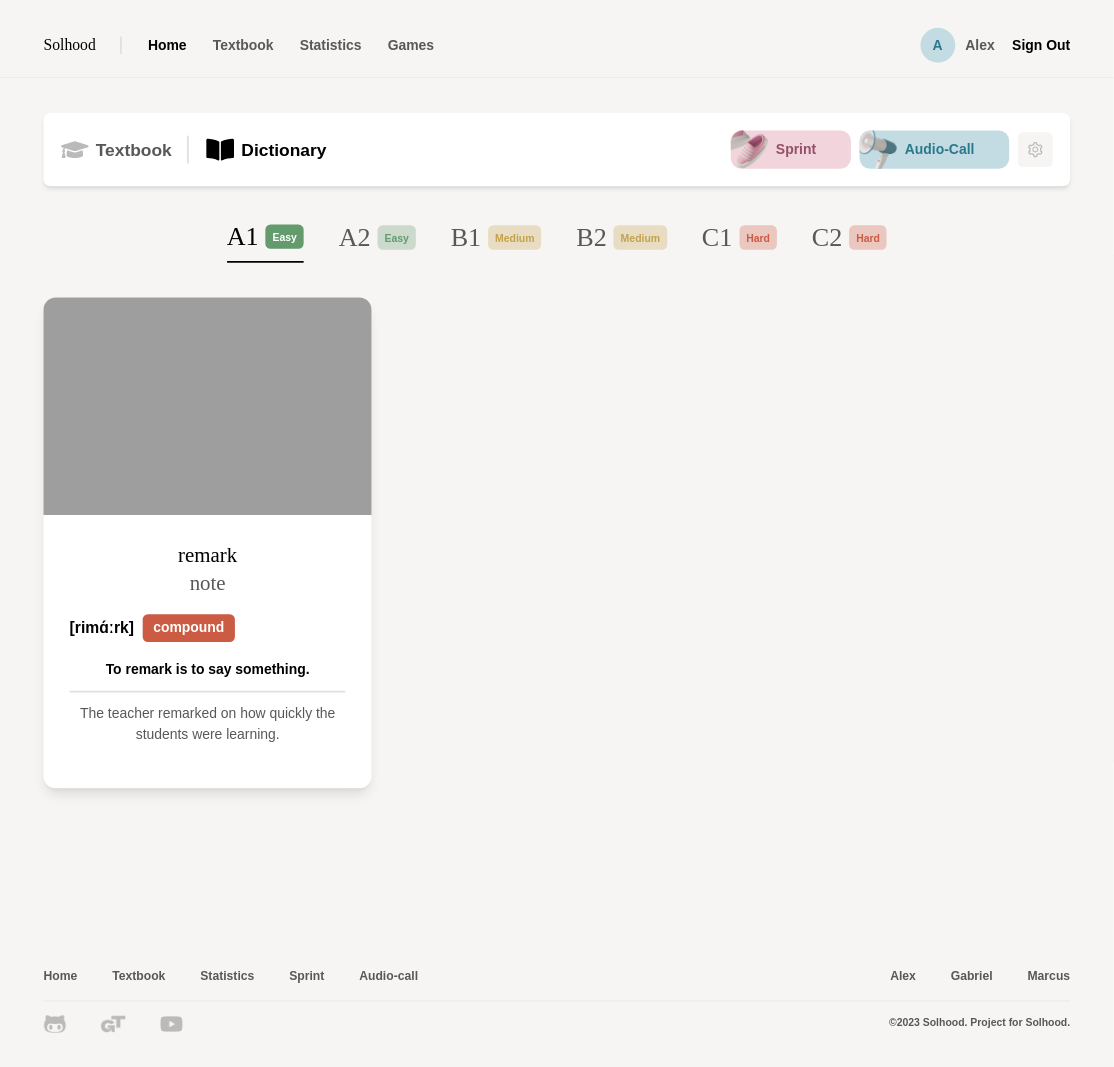
Repository: haudnn/solhood
Page: /textbook
An editor plug-in stored every save of this project. The page is shown before and after the next save, followed by the edit.
The browser window is 1280 px wide. The pictures show the whole page, at 87% of full size.
Pictures or frames that could not be fetched are drawn as grey boxes. The project was rebuilt for these pictures with package versions that can differ from the ones it lists, and the page was loaded fresh each time. Also part of the build but not shown: src/pages/Home.tsx, src/pages/sprint/Sprint.tsx, src/pages/sprint/Game.tsx, src/pages/sprint/Result.tsx, src/pages/audio/Audio.tsx, src/pages/audio/Game.tsx, src/pages/audio/Result.tsx.

Above is the page before, as saved 2023-01-06 18:28:42.

### public/index.html
<!DOCTYPE html>
<html lang="en">
  <head>
    <meta charset="utf-8" />
    <link rel="icon" href="%PUBLIC_URL%/solanaLogoMark.svg" />
    <meta name="viewport" content="width=device-width, initial-scale=1" />
    <meta name="theme-color" content="#000000" />
    <meta
      name="description"
      content="Web site created using create-react-app"
    />
    <link rel="apple-touch-icon" href="%PUBLIC_URL%/logo192.png" />
    <link rel="manifest" href="%PUBLIC_URL%/manifest.json" />
    <title>Solhood | E-Learning Platform</title>
  </head>
  <body>
    <noscript>You need to enable JavaScript to run this app.</noscript>
    <div id="root"></div>
  </body>
</html>

### src/App.tsx
import "./App.css";
import { BrowserRouter } from 'react-router-dom';
import RouterConfig from './config/RouterConfig';
import Footer from "./components/Layout/Footer";
import Header from "./components/Layout/Header";
function App() {
  return (
    <div className="App font-montserrat">
      <BrowserRouter>
        <Header />
        <RouterConfig/>
        <Footer/>
      </BrowserRouter>
    </div>
  );
}

export default App;

### src/config/RouterConfig.tsx
import React from 'react'
import { Routes, Route } from 'react-router-dom';
import {router} from '../constants';
const RouterConfig = () => {
  return (
    <Routes>
    {router.map(({ path, component }) => (
      <Route key={path} path={path} element={component} />
    ))}
  </Routes>
  )
}

export default RouterConfig

### src/components/Layout/Header.tsx
import React from "react";

const Header = () => {
  return (
      <header className="py-8 border-b border-solid border-[grey-dark] bg-greyligt max-h-[90px]">
        <div className="app-container">
          <div className="grid">
            <div className="row">
              <div className="col l-6">
                <div className="flex items-center gap-x-[60px] h-full">
                  <div className="line">
                    <a href="/" className="text-lg text-black font-dela">Solhood</a>
                  </div>
                  <div className="">
                    <ul className="flex items-center gap-x-[30px]">
                      <li>
                        <a
                          className="text-base font-semibold text-black"
                          href="/"
                        >
                          Home
                        </a>
                      </li>
                      <li>
                        <a
                          className="text-base font-semibold text-greydark"
                          href="/textbook"
                        >
                          Textbook
                        </a>
                      </li>
                      <li>
                        <a
                          className="text-base font-semibold text-greydark"
                          href="/"
                        >
                          Statistics
                        </a>
                      </li>
                      <li className="relative group">
                        <a
                          className="text-base font-semibold text-greydark"
                          href="/"
                        >
                          Games
                        </a>
                        <div className="z-10 group-hover:block hidden absolute bg-white rounded-xl shadow-lg w-[215px] p-5 top-10 bridge">
                          <ul>
                            <li className="mb-2 text-base font-semibold text-greydark">
                              <a href="/sprint">Sprint</a>
                            </li>
                            <li>
                              <a href="/audio" className="text-base font-semibold text-greydark">Audio call</a>
                            </li>
                          </ul>
                        </div>
                      </li>
                    </ul>
                  </div>
                </div>
              </div>
              <div className="col l-6">
                <div className="flex justify-end">
                  <div className="flex items-center mr-5 gap-x-3">
                    <div className="flex items-center justify-center w-10 h-10 rounded-[50%] bg-cyanlight">
                      <span className="text-base font-semibold text-cyandark">
                        A
                      </span>
                    </div>
                    <span className="text-base font-semibold text-greydark">
                      Alex
                    </span>
                  </div>
                  <div className="flex items-center">
                    <a href="/" className="text-base font-semibold text-black">
                      Sign Out
                    </a>
                  </div>
                </div>
              </div>
            </div>
          </div>
        </div>
      </header>
  );
};

export default Header;

### src/constants/index.ts
import router from "./router"

export {router}

### src/constants/router.tsx
import Home from "../pages/Home";
import Sprint from "../pages/sprint/Sprint";
import SprintGame from "../pages/sprint/Game";
import SprintResult from "../pages/sprint/Result";
import Audio from "../pages/audio/Audio";
import AudioGame from "../pages/audio/Game";
import AudioResult from "../pages/audio/Result";
import TextBook from "../pages/textbook/TextBook";
const router = [
 {
    path: '/',
    component: <Home />,
 },
 {
   path: '/textbook',
   component: <TextBook />,
},
// Audio
 {
  path: '/audio',
  component: <Audio />,
 },
 {
  path: '/audio/game',
  component: <AudioGame />,
 },
 {
  path: '/audio/result',
  component: <AudioResult />,
 },
// Sprint
 {
  path: '/sprint',
  component: <Sprint />,
  },
 {
  path: '/sprint/game',
  component: <SprintGame />,
 },
 {
  path: '/sprint/result',
  component: <SprintResult />,
 },


]
export default router;

### src/pages/textbook/TextBook.tsx
import React, { useState } from "react";
import { FaGraduationCap, FaBookOpen } from "react-icons/fa";
import { AiOutlineSetting } from "react-icons/ai";
import textbookSneaker from ".././../assets/imgs/textbookSneaker.png";
import textbookAudio from ".././../assets/imgs/textbookAudio.png";
import useOnClickOutside from "../../hooks/useClickOutSide";
import WordItem from "./WordItem";
const TextBook = () => {
  const [isSettings, setIsSettings] = useState<Boolean>(false);
  const ref = React.useRef<HTMLDivElement | null>(null);
  useOnClickOutside(ref, () => setIsSettings(false));
  const handleShowSettings = () => {
    setIsSettings((prev) => !prev);
  };
  const [checkedList, setCheckedList] = useState([
    {
      id: 0,
      checked: false,
    },
    {
      id: 1,
      checked: false,
    },
  ]);
  const handleChecked = (e: any) => {
    const { value, checked } = e.target;
    const newList = [...checkedList];
    newList[+value].checked = checked;
    setCheckedList(newList);
  };
  return (
    <div className="pt-10 textbook bg-greyligt pb-[100px]">
      <div className="flex flex-col items-center w-[1180px] m-auto">
        <div className="w-full p-5 bg-white rounded-lg shadow-md ">
          <div className="grid">
            <div className="row">
              <div className="col l-6">
                <div className="flex items-center w-full h-full">
                  <div className="flex items-center justify-center h-8 mr-5 cursor-pointer gap-x-2 line-long before:-right-5">
                    <FaGraduationCap className="w-8 h-full text-greyicon"></FaGraduationCap>
                    <span className="text-xl font-bold leading-8 text-greydark">
                      Textbook
                    </span>
                  </div>
                  <div className="flex items-center justify-center h-8 ml-5 text-black cursor-pointer gap-x-2">
                    <FaBookOpen className="w-8 h-full"></FaBookOpen>
                    <span className="text-xl font-bold leading-8">
                      Dictionary
                    </span>
                  </div>
                </div>
              </div>
              <div className="col l-6">
                <div
                  ref={ref}
                  className="flex items-center justify-end w-full h-full gap-x-[10px] relative "
                >
                  <div className="flex items-center justify-start pr-10 cursor-pointer rounded-xl gap-x-2 bg-pinklight">
                    <img
                      src={textbookSneaker}
                      alt=""
                      className="object-cover"
                    />
                    <span className="text-base font-bold text-pinkdark">
                      Sprint
                    </span>
                  </div>
                  <div className="flex items-center justify-start pr-10 cursor-pointer rounded-xl gap-x-2 bg-cyanlight">
                    <img src={textbookAudio} alt="" className="object-cover" />
                    <span className="text-base font-bold text-cyandark">
                      Audio-Call
                    </span>
                  </div>
                  <div
                    onClick={handleShowSettings}
                    className="flex items-center justify-center w-10 h-10 rounded-md cursor-pointer bg-greyligt"
                  >
                    <AiOutlineSetting className="w-5 h-5 text-greyicon"></AiOutlineSetting>
                  </div>
                  {isSettings && (
                    <div className="absolute p-5 bg-white rounded-[14px] shadow-lg top-14 bridge">
                      <div>
                        <div className="flex items-center gap-x-[10px] mb-1">
                          <input
                            checked={checkedList[0].checked}
                            onChange={handleChecked}
                            type="checkbox"
                            id="0"
                            name="0"
                            value="0"
                          />
                          <label
                            htmlFor="0"
                            className={`font-semibold ${
                              checkedList[0].checked
                                ? "text-black"
                                : "text-[#828282]"
                            }`}
                          >
                            Show words in a list
                          </label>
                        </div>
                        <div className="flex items-center gap-x-[10px] mb-1">
                          <input
                            checked={checkedList[1].checked}
                            onChange={handleChecked}
                            type="checkbox"
                            id="1"
                            name="1"
                            value="1"
                          />
                          <label
                            htmlFor="1"
                            className={`font-semibold ${
                              checkedList[1].checked
                                ? "text-black"
                                : "text-[#828282]"
                            }`}
                          >
                            Display the 'Add' and 'Remove' buttons
                          </label>
                        </div>
                      </div>
                    </div>
                  )}
                </div>
              </div>
            </div>
          </div>
        </div>
        <div className="flex items-center justify-center my-10 gap-x-10">
          <div className="cursor-pointer flex items-center justify-center pb-[10px] gap-x-2 border-b-2 border-solid border-black">
            <span className="text-3xl font-dela">A1</span>
            <div className="px-2 py-[2px] rounded-md bg-greendesign">
              <span className="text-xs font-semibold text-white">Easy</span>
            </div>
          </div>
          <div className="cursor-pointer flex items-center justify-center pb-[10px] gap-x-2">
            <span className="text-3xl font-dela text-greydark">A2</span>
            <div className="px-2 py-[2px] rounded-md bg-secondgreendesign">
              <span className="text-xs font-semibold text-greendesign">
                Easy
              </span>
            </div>
          </div>
          <div className="cursor-pointer flex items-center justify-center pb-[10px] gap-x-2">
            <span className="text-3xl font-dela text-greydark">B1</span>
            <div className="px-2 py-[2px] rounded-md bg-secondyellowdesign">
              <span className="text-xs font-semibold text-yellowdesign">
                Medium
              </span>
            </div>
          </div>
          <div className="cursor-pointer flex items-center justify-center pb-[10px] gap-x-2">
            <span className="text-3xl font-dela text-greydark">B2</span>
            <div className="px-2 py-[2px] rounded-md bg-secondyellowdesign">
              <span className="text-xs font-semibold text-yellowdesign">
                Medium
              </span>
            </div>
          </div>
          <div className="cursor-pointer flex items-center justify-center pb-[10px] gap-x-2">
            <span className="text-3xl font-dela text-greydark">C1</span>
            <div className="px-2 py-[2px] rounded-md bg-secondorangedesign">
              <span className="text-xs font-semibold text-orangedesign">
                Hard
              </span>
            </div>
          </div>
          <div className="cursor-pointer flex items-center justify-center pb-[10px] gap-x-2">
            <span className="text-3xl font-dela text-greydark">C2</span>
            <div className="px-2 py-[2px] rounded-md bg-secondorangedesign">
              <span className="text-xs font-semibold text-orangedesign">
                Hard
              </span>
            </div>
          </div>
        </div>
        <div className={`${checkedList[0].checked ? "w-[926px]" : "w-full"} `}>
          <div className="gird">
            <div className="row">
                <WordItem isList={checkedList[0].checked} isShowButtons={checkedList[1].checked}/>
            </div>
          </div>
        </div>
        <div className="flex items-center justify-center pt-10">
        </div>
      </div>
    </div>
  );
};

export default TextBook;

### src/hooks/useClickOutSide.ts
import {useEffect} from 'react'

const useOnClickOutside = (ref:any, handler:any) => {
    useEffect(() => {
        const listener = (event:any) => {
          if (!ref.current || ref.current.contains(event.target)) {
            return;
          }
          handler(event);
        };
        document.addEventListener("mousedown", listener);
        document.addEventListener("touchstart", listener);
        return () => {
          document.removeEventListener("mousedown", listener);
          document.removeEventListener("touchstart", listener);
        };
      },
      [ref, handler]
    );
  }
export default useOnClickOutside

Loaded but not shown: src/index.tsx (common file); src/App.css (common file); tailwind.config.js (33 lines, source omitted); src/index.css (729 lines, source omitted); src/pages/textbook/WordItem.tsx (114 lines, source omitted); src/components/Layout/Footer.tsx (126 lines, source omitted)

After the next save:
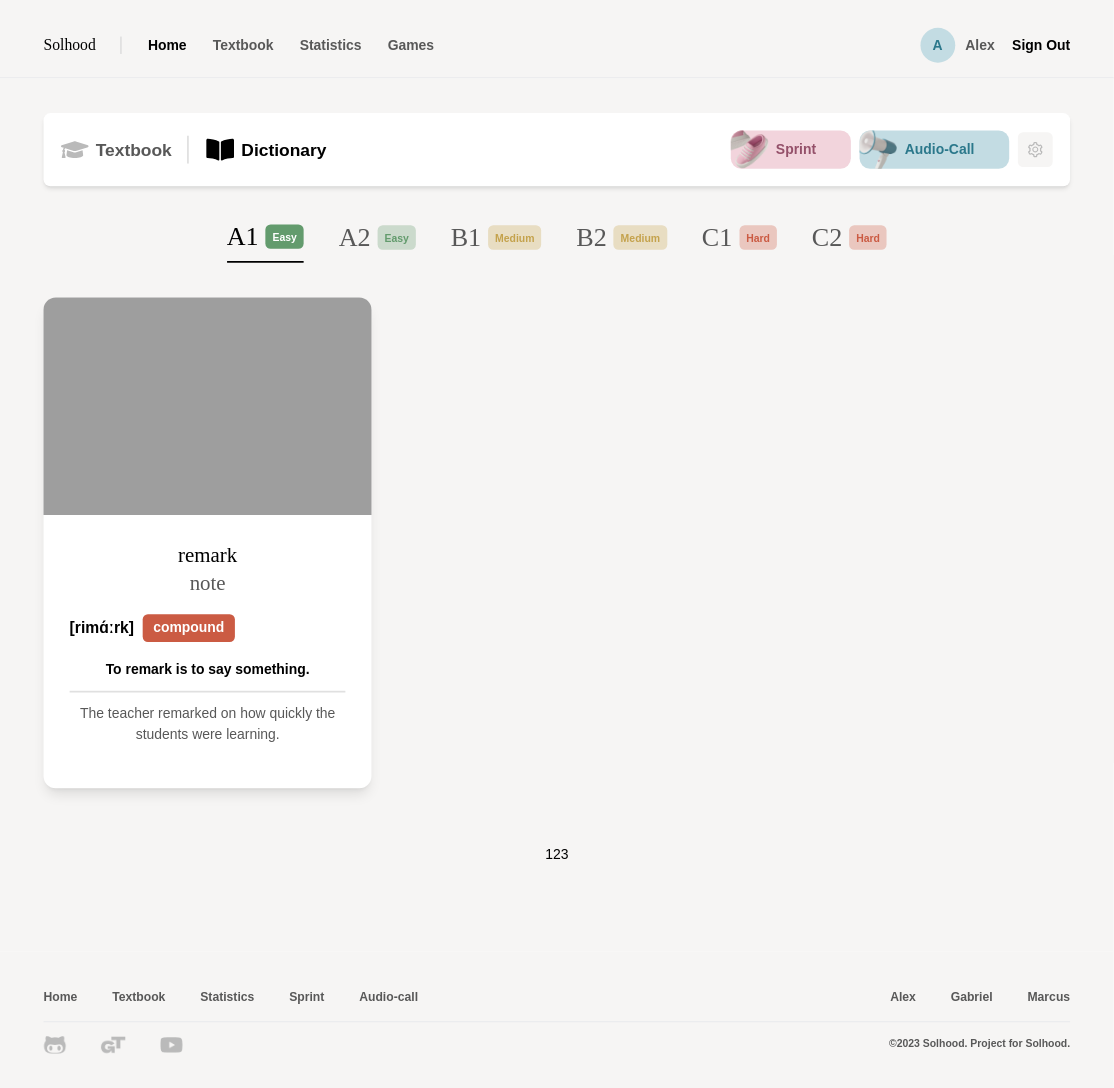
Saved 17 s later.
--- a/src/pages/textbook/TextBook.tsx
+++ b/src/pages/textbook/TextBook.tsx
@@ -184,6 +184,7 @@
           </div>
         </div>
         <div className="flex items-center justify-center pt-10">
+          123
         </div>
       </div>
     </div>

After the save that followed:
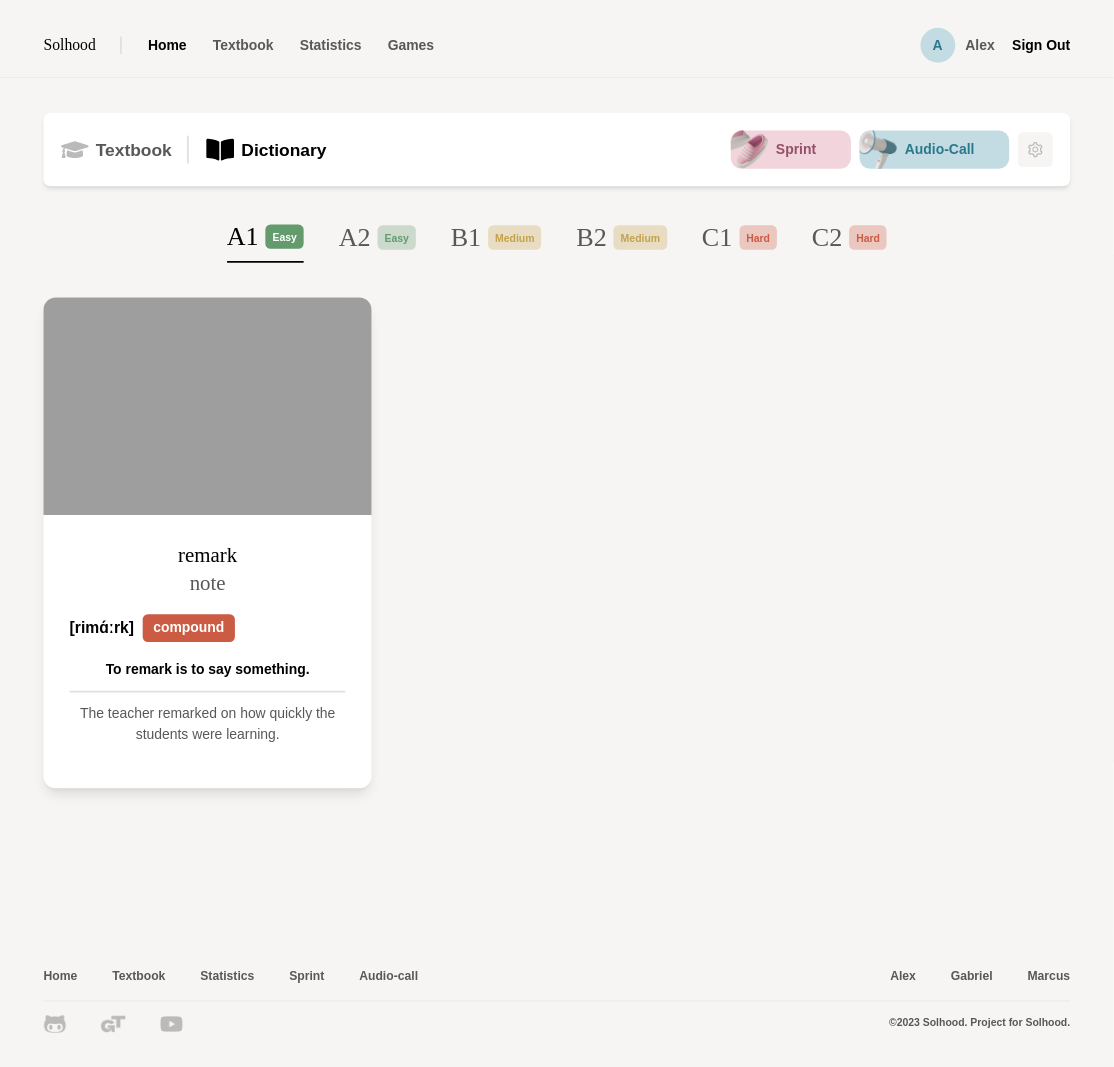
Saved 27 s later.
--- a/src/pages/textbook/TextBook.tsx
+++ b/src/pages/textbook/TextBook.tsx
@@ -183,8 +183,10 @@
             </div>
           </div>
         </div>
-        <div className="flex items-center justify-center pt-10">
-          123
+        <div className="flex items-center justify-center pt-10 gap-x-6">
+          <div>
+
+          </div>
         </div>
       </div>
     </div>
